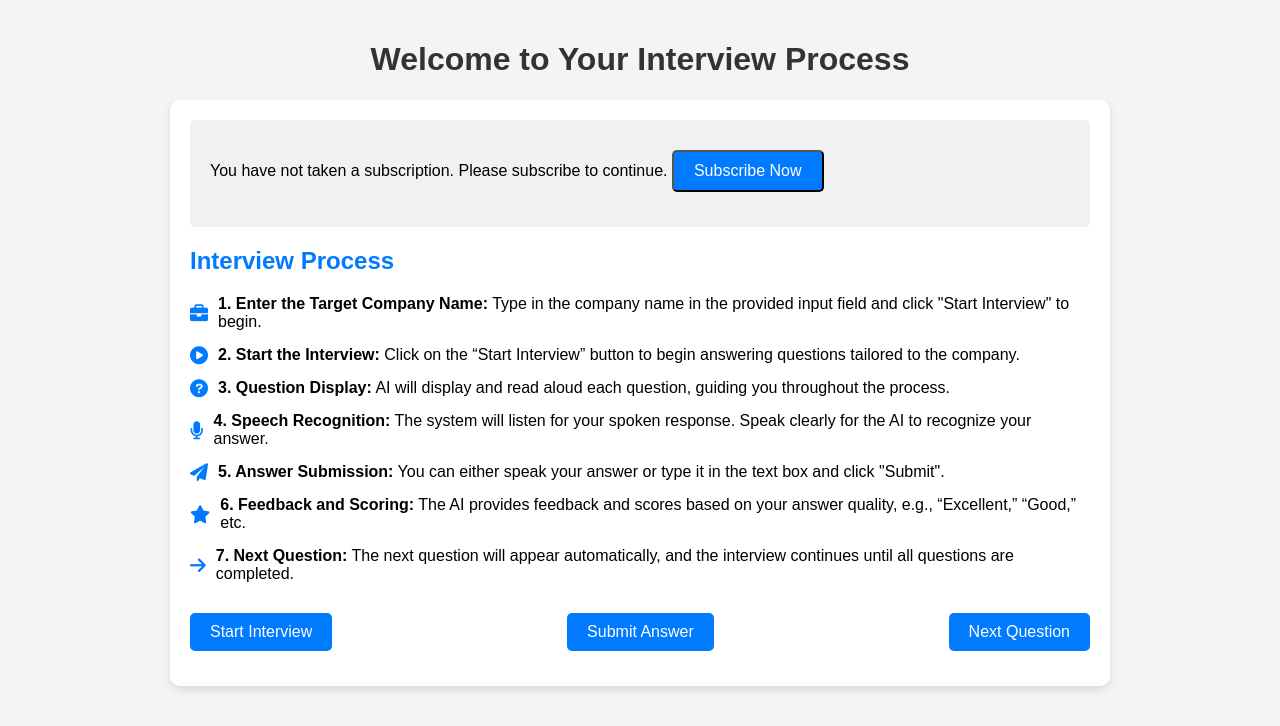
Repository: raushan22882917/Interview_platform
Page: templates/HR_Round/home.html
An editor plug-in stored every save of this project. The page is shown before and after the next save, followed by the edit.
The browser window is 1280 px wide. The pictures show the whole page.
The page is served by the project's application, run on Flask 3 (temp_code.py). The template is opened directly, without the code that normally fills it, so the values that code supplies are empty.

Above is the page before, as saved 2024-12-01 15:26:12.

After the next save:
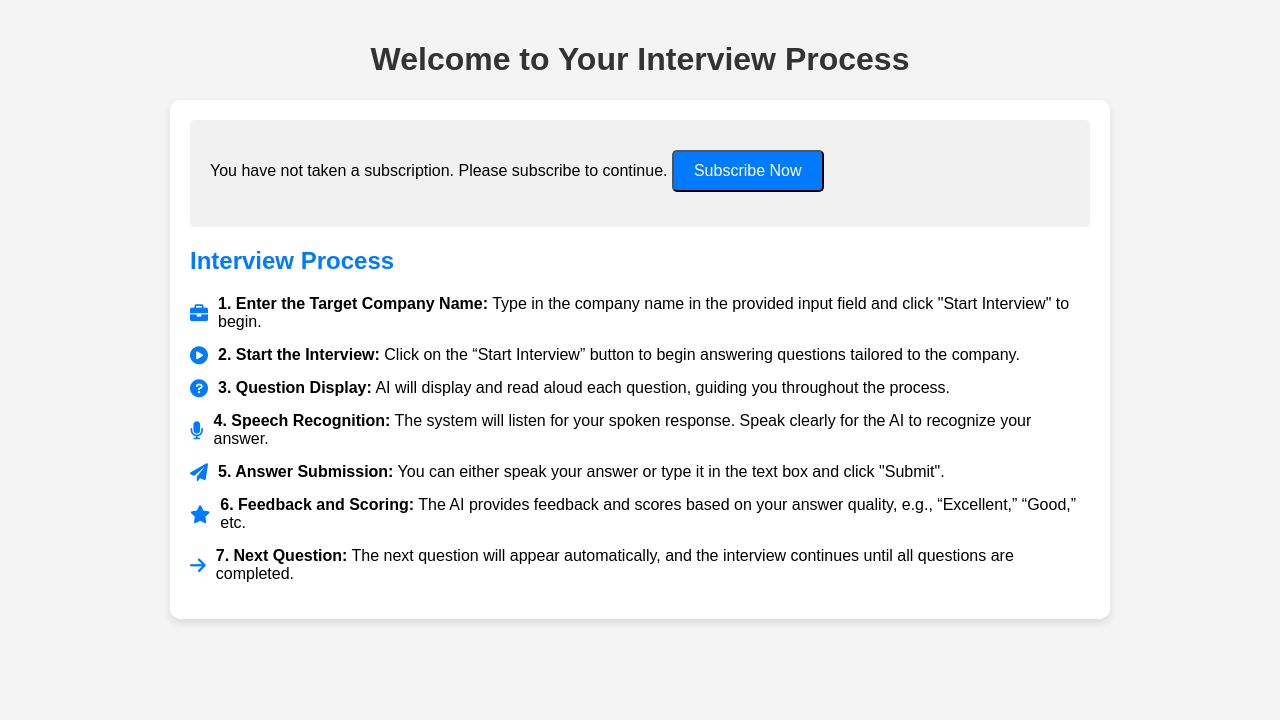
Saved 4 s later.
--- a/Tech_Round/templates/HR_Round/home.html
+++ b/Tech_Round/templates/HR_Round/home.html
@@ -129,12 +129,6 @@
             <li><i class="fas fa-arrow-right"></i><div class="step"><span>7. Next Question:</span> The next question will appear automatically, and the interview continues until all questions are completed.</div></li>
         </ul>
 
-        <!-- Action buttons section -->
-        <div class="button-container">
-            <a href="/hr_index" class="start-button">Start Interview</a>
-            <a href="/submit_answer" class="submit-button">Submit Answer</a>
-            <a href="/next_question" class="next-button">Next Question</a>
-        </div>
     </div>
 </body>
 </html>
